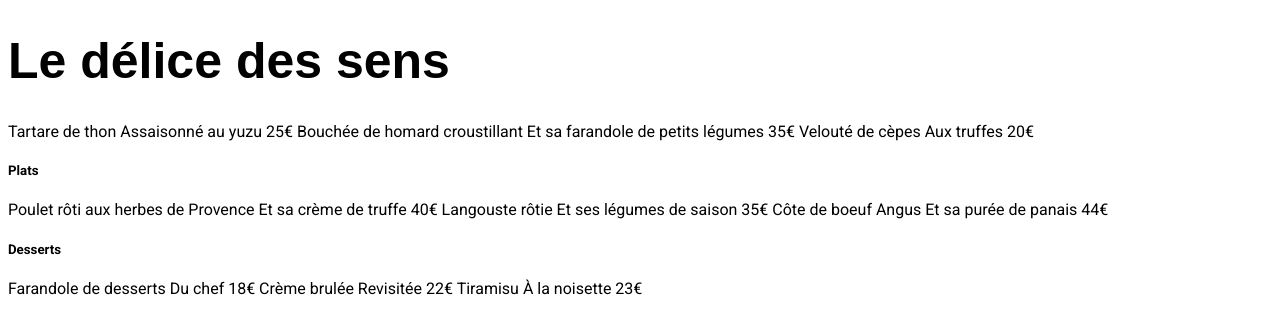
Repository: lysianebo/OHMYFOOD
Page: Le_délice_des sens.html
An editor plug-in stored every save of this project. The page is shown before and after the next save, followed by the edit.
The browser window is 1280 px wide. The pictures show the whole page.
Some web fonts or font styles are not loaded; a fallback is used. Some web libraries are served in a nearby version.

Above is the page before, as saved 2022-10-22 16:11:43.

### Le_délice_des sens.html
<!DOCTYPE html>
<html lang="en">
<head>
    <meta charset="UTF-8">
    <meta http-equiv="X-UA-Compatible" content="IE=edge">
    <meta name="viewport" content="width=device-width, initial-scale=1.0">
    <link rel="stylesheet" href="public/css/main.css"/>

    <title>Document</title>
</head>
<body>
    <h1>Le délice des sens</h1>

   <h5></h5>
    Tartare de thon
    Assaisonné au yuzu
    25€

    Bouchée de homard croustillant
    Et sa farandole de petits légumes
    35€

    Velouté de cèpes
    Aux truffes
    20€

    <h5>Plats</h5>
    Poulet rôti aux herbes de Provence
    Et sa crème de truffe
    40€

    Langouste rôtie
    Et ses légumes de saison
    35€

    Côte de boeuf Angus
    Et sa purée de panais
    44€

    <h5>Desserts</h5>
    Farandole de desserts
    Du chef
    18€

    Crème brulée
    Revisitée
    22€

    Tiramisu
    À la noisette
    23€

</body>
</html>

### public/css/main.css
@import url("https://fonts.googleapis.com/css2?family=Roboto:wght@400;500;700;900&display=swap");
@import url("https://fonts.googleapis.com/css2?family=Shrikhand&display=swap");
@import url("https://cdnjs.cloudflare.com/ajax/libs/font-awesome/6.1.2/css/all.css");
body {
  font-family: Roboto, sans-serif;
  font-size: 16px;
}

h1 {
  font-family: Shrikhand, sans-serif;
  font-size: 50px;
  font-weight: 700;
  line-height: 1.1;
}

h4 {
  font-family: Shrikhand, sans-serif;
  font-size: 30px;
}

ul {
  list-style-type: none;
  text-decoration: none;
}

span {
  font-family: Roboto, sans-serif;
  font-size: 50px;
}

/*# sourceMappingURL=main.css.map */

After the next save:
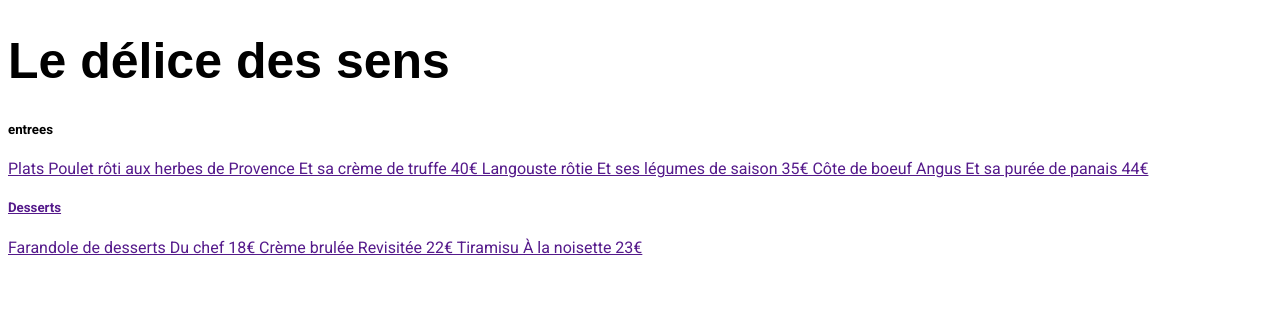
Saved 30 s later.
--- a/Le_délice_des sens.html
+++ b/Le_délice_des sens.html
@@ -11,8 +11,8 @@
 <body>
     <h1>Le délice des sens</h1>
 
-   <h5></h5>
-    Tartare de thon
+   <h5>entrees</h5>
+   <a href="" class="btn grey"Tartare de thon
     Assaisonné au yuzu
     25€
 
